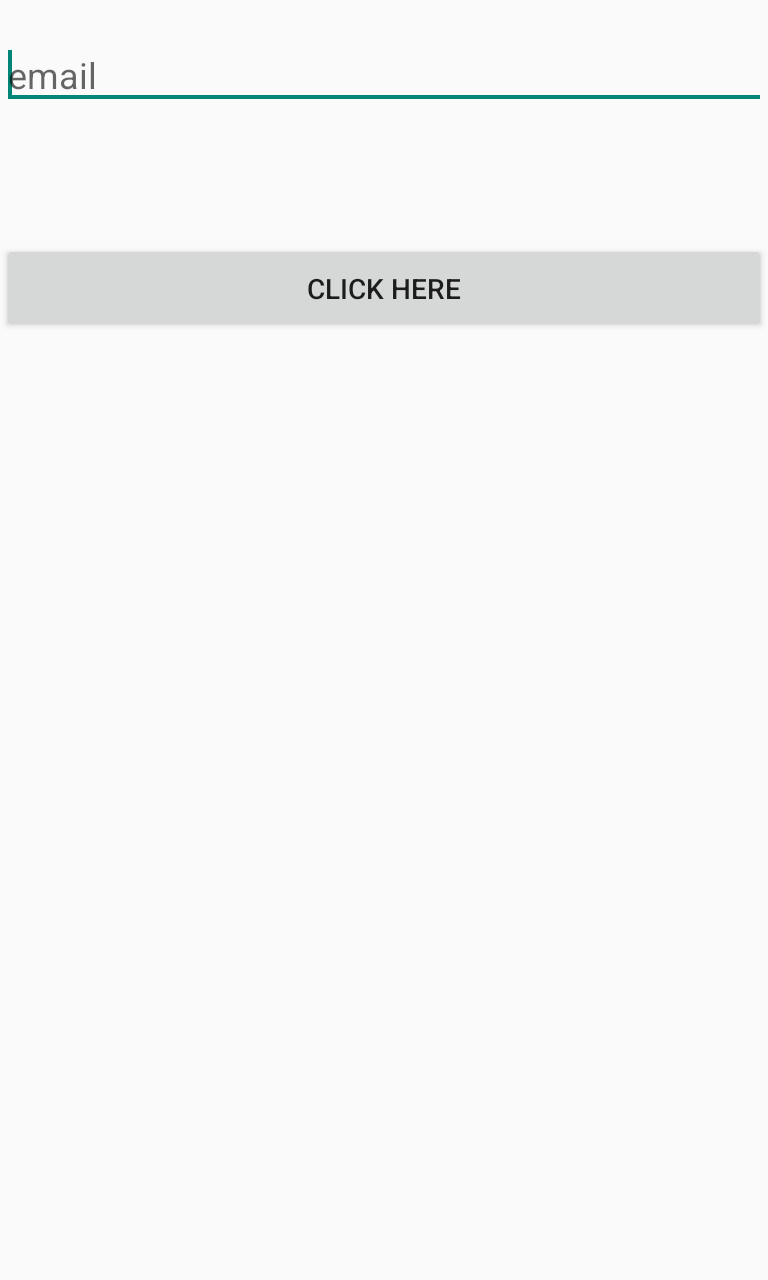
Repository: adarshnair13/message
Layout: example5/res/layout/activity_main.xml
These files come from the project's save history. The layout is drawn as it stood at one moment and after the next save; the edit follows.
It is drawn on a 768 x 1280 px phone screen (xhdpi) without system bars, with theme AppTheme; the app's code is not run.

Above is the layout before, as saved 2015-02-23 08:58:14.

After the next save:
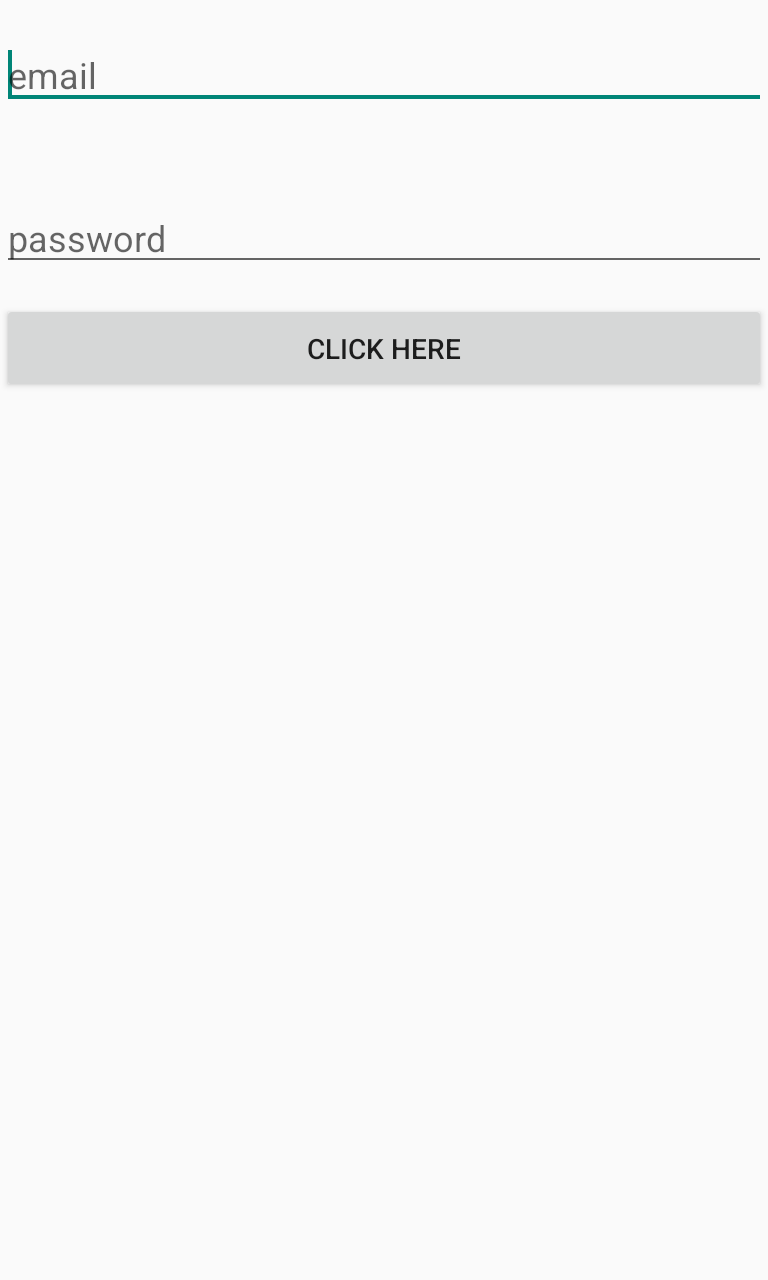
Saved 81 s later.
--- a/example5/res/layout/activity_main.xml
+++ b/example5/res/layout/activity_main.xml
@@ -19,8 +19,7 @@
         android:layout_width="match_parent"
         android:layout_height="wrap_content"
         android:layout_below="@+id/editText1"
-        android:layout_marginTop="70dp"
-        android:ems="10"
+        android:layout_marginTop="40dp"
         android:hint="password" />
 
     <Button
@@ -28,7 +27,7 @@
         style="?android:attr/buttonStyleSmall"
         android:layout_width="match_parent"
         android:layout_height="wrap_content"
-        android:layout_marginTop="120dp"
+        android:layout_marginTop="150dp"
         android:onClick="ClickButton"
         android:text="click here" />
 
